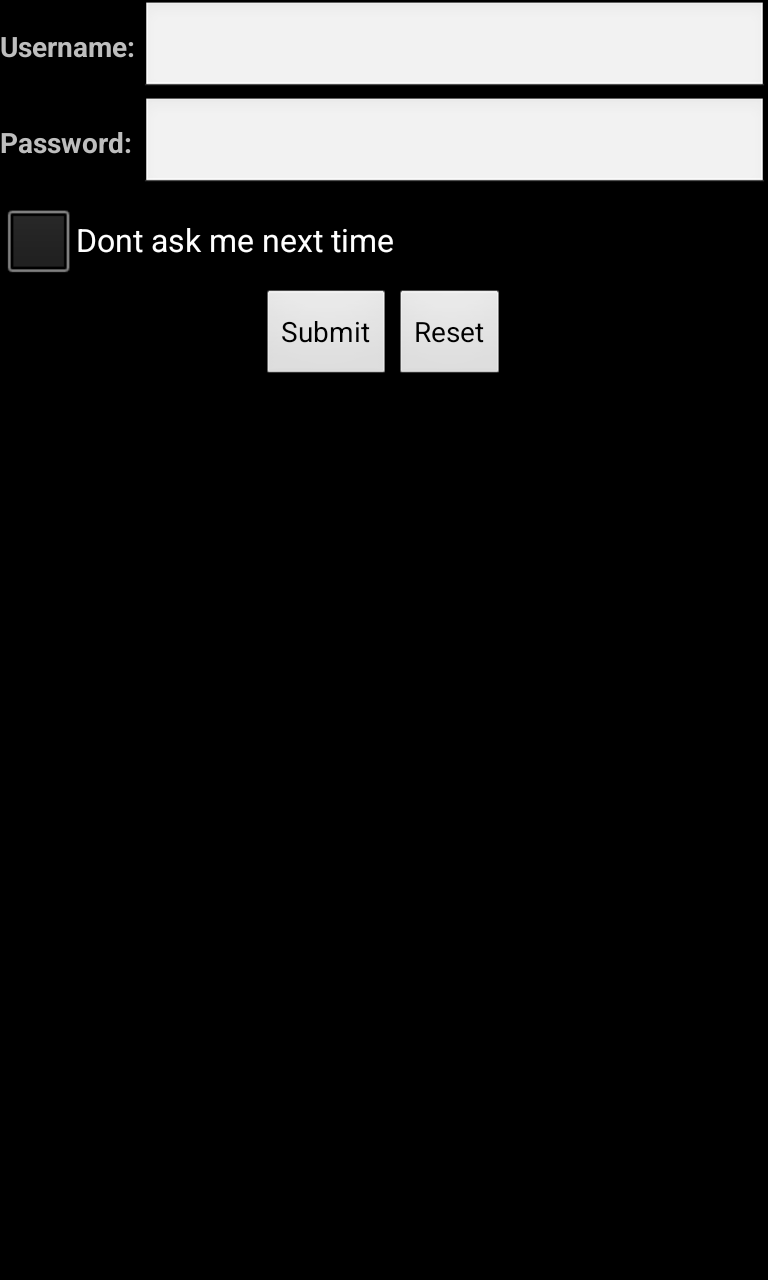
Repository: World-Three-Technologies/Masxaro-Prototype
Layout: Android/W3T/res/layout/main_login.xml
These files come from the project's save history. The layout is drawn as it stood at one moment and after the next save; the edit follows.
It is drawn on a 768 x 1280 px phone screen (xhdpi) without system bars, with theme android:Theme; the app's code is not run.

Above is the layout before, as saved 2011-06-03 08:19:23.

After the next save:
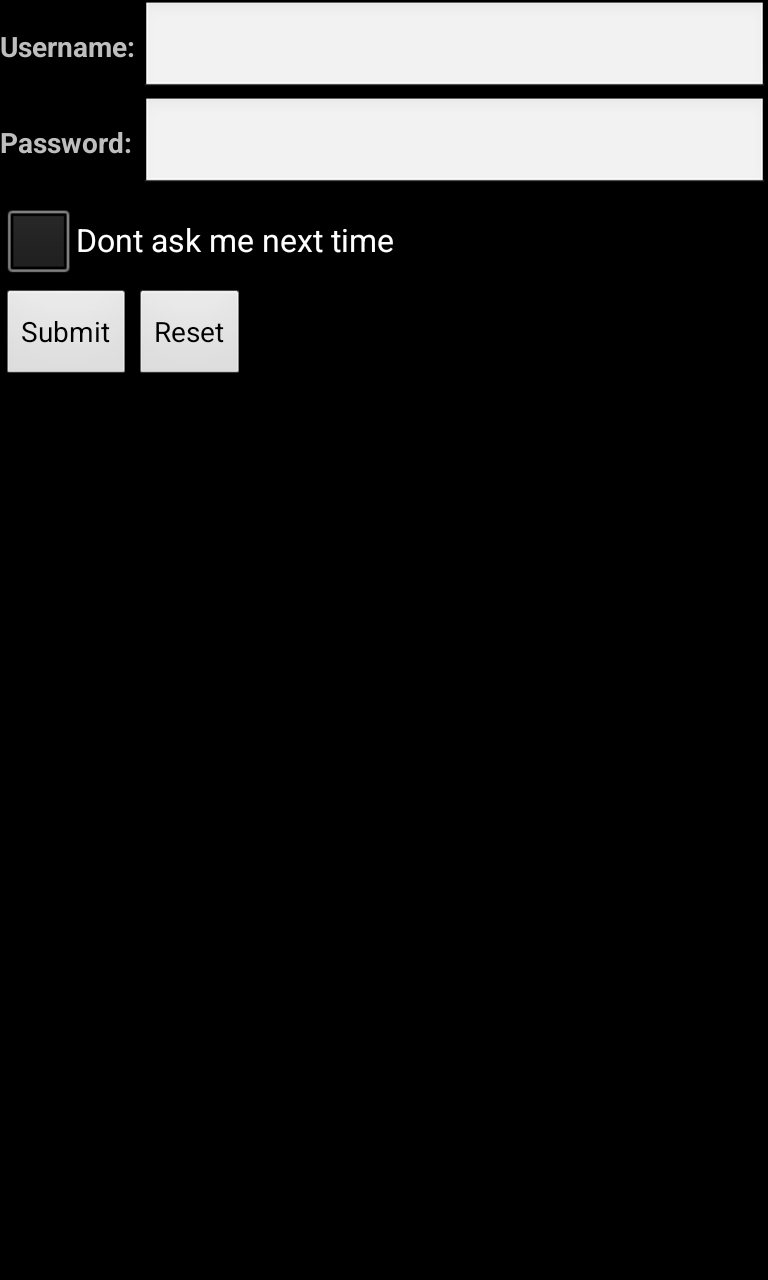
Saved 31 s later.
--- a/Android/W3T/res/layout/main_login.xml
+++ b/Android/W3T/res/layout/main_login.xml
@@ -46,12 +46,11 @@
 
 	<LinearLayout android:orientation="horizontal"
 		android:layout_width="fill_parent" android:layout_height="wrap_content"
-		android:gravity="center_horizontal"
+		android:gravity="fill_horizontal"
 	>
 		<Button android:text="Submit"
 			android:id="@+id/submit_button"
 			android:layout_height="wrap_content" android:layout_width="wrap_content"
-			android:layout_gravity="left"
 		/>
 	    <Button android:text="Reset"
 			android:id="@+id/reset_button"
